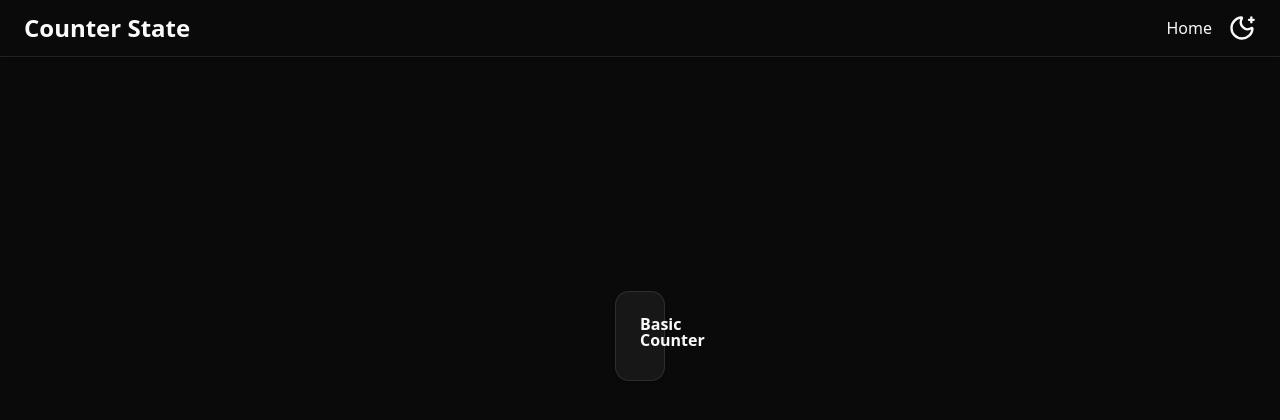
Repository: dev-piyushsarkar/counter-state-project
Page: /
An editor plug-in stored every save of this project. The page is shown before and after the next save, followed by the edit.
The browser window is 1280 px wide. The pictures show the whole page.
The project was rebuilt for these pictures with package versions that can differ from the ones it lists, and the page was loaded fresh each time. The framework's server and built-in components were replaced by stand-ins that run in the browser. Also part of the build but not shown: next.config.ts.

Above is the page before, as saved 2025-11-15 13:27:40.

### src/app/layout.tsx
import Header from "@/components/Header/Header";
import ThemeProvider from "@/components/Providers/ThemeProvider";
import "./globals.css";

type RootLayoutProps = {
	children: React.ReactNode;
};

const RootLayout = ({ children }: Readonly<RootLayoutProps>) => {
	return (
		<html
			lang="en"
			suppressHydrationWarning>
			<body>
				<ThemeProvider
					attribute={"class"}
					defaultTheme="dark"
					enableSystem={false}>
					<Header />

					<main className="mx-auto max-w-7xl px-6 py-3">{children}</main>
				</ThemeProvider>
			</body>
		</html>
	);
};

export default RootLayout;

### src/app/page.tsx
import { Card, CardHeader, CardTitle } from "@/components/shadcnui/card";
import { Metadata } from "next";

export const metadata: Metadata = {
	title: "Nextjs Starter Frontend",
	description: "Production grade Next.js starter template",
};

const page = () => {
	return (
		<section className="grid h-[90dvh] place-items-center">
			<Card className="">
				<CardHeader>
					<CardTitle>Basic Counter</CardTitle>
				</CardHeader>
			</Card>
		</section>
	);
};

export default page;

### src/components/Header/Header.tsx
import Link from "next/link";
import ThemeToggleButton from "../ThemeToggleButton";

const Header = () => {
	return (
		<header
			className="fixed right-0 left-0 border-b shadow"
			aria-label="app-header">
			<div className="mx-auto flex max-w-7xl items-center justify-between px-6 py-3">
				<Link href={"/"}>
					<h1
						className="text-2xl font-semibold"
						aria-label="App Name">
						Counter State
					</h1>
				</Link>

				<nav className="flex items-center gap-4">
					<Link href={"/"}>Home</Link>

					<ThemeToggleButton />
				</nav>
			</div>
		</header>
	);
};

export default Header;

### src/components/Providers/ThemeProvider.tsx
"use client";

import { ThemeProvider as NextThemesProvider } from "next-themes";
import { ComponentProps } from "react";

type ThemeProviderProps = ComponentProps<typeof NextThemesProvider>;

const ThemeProvider = ({ children, ...props }: ThemeProviderProps) => {
	return <NextThemesProvider {...props}>{children}</NextThemesProvider>;
};

export default ThemeProvider;

### src/components/shadcnui/card.tsx
import * as React from "react"

import { cn } from "@/lib/utils"

function Card({ className, ...props }: React.ComponentProps<"div">) {
  return (
    <div
      data-slot="card"
      className={cn(
        "bg-card text-card-foreground flex flex-col gap-6 rounded-xl border py-6 shadow-sm",
        className
      )}
      {...props}
    />
  )
}

function CardHeader({ className, ...props }: React.ComponentProps<"div">) {
  return (
    <div
      data-slot="card-header"
      className={cn(
        "@container/card-header grid auto-rows-min grid-rows-[auto_auto] items-start gap-2 px-6 has-data-[slot=card-action]:grid-cols-[1fr_auto] [.border-b]:pb-6",
        className
      )}
      {...props}
    />
  )
}

function CardTitle({ className, ...props }: React.ComponentProps<"div">) {
  return (
    <div
      data-slot="card-title"
      className={cn("leading-none font-semibold", className)}
      {...props}
    />
  )
}

function CardDescription({ className, ...props }: React.ComponentProps<"div">) {
  return (
    <div
      data-slot="card-description"
      className={cn("text-muted-foreground text-sm", className)}
      {...props}
    />
  )
}

function CardAction({ className, ...props }: React.ComponentProps<"div">) {
  return (
    <div
      data-slot="card-action"
      className={cn(
        "col-start-2 row-span-2 row-start-1 self-start justify-self-end",
        className
      )}
      {...props}
    />
  )
}

function CardContent({ className, ...props }: React.ComponentProps<"div">) {
  return (
    <div
      data-slot="card-content"
      className={cn("px-6", className)}
      {...props}
    />
  )
}

function CardFooter({ className, ...props }: React.ComponentProps<"div">) {
  return (
    <div
      data-slot="card-footer"
      className={cn("flex items-center px-6 [.border-t]:pt-6", className)}
      {...props}
    />
  )
}

export {
  Card,
  CardHeader,
  CardFooter,
  CardTitle,
  CardAction,
  CardDescription,
  CardContent,
}

### src/components/ThemeToggleButton.tsx
"use client";

import { MoonStar, Sun } from "lucide-react";
import { useTheme } from "next-themes";

const ThemeToggleButton = () => {
	const { theme, setTheme } = useTheme();

	return (
		<button
			onClick={() => setTheme(theme === "dark" ? "light" : "dark")}
			className="flex cursor-pointer items-center">
			<Sun
				size={28}
				className="-rotate-90 opacity-100 transition-all duration-300 dark:rotate-0 dark:opacity-0"
			/>

			<MoonStar
				size={28}
				className="absolute -rotate-90 opacity-0 transition-all duration-300 dark:rotate-0 dark:opacity-100"
			/>
		</button>
	);
};

export default ThemeToggleButton;

### src/lib/utils.ts
import { clsx, type ClassValue } from "clsx";
import { twMerge } from "tailwind-merge";

export const cn: typeof clsx = (...inputs: ClassValue[]) => {
	return twMerge(clsx(inputs));
};

Loaded but not shown: src/app/globals.css (common file)

After the next save:
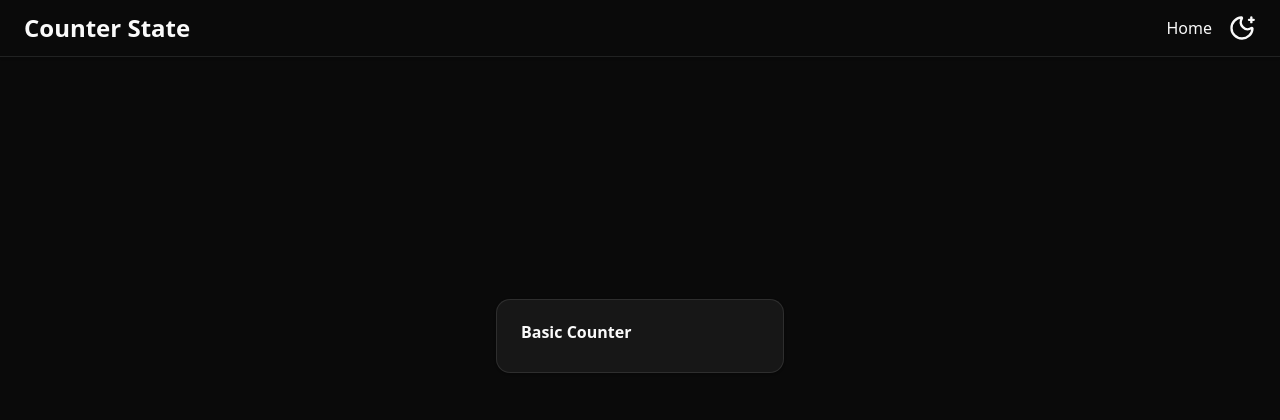
Saved 11 s later.
--- a/src/app/page.tsx
+++ b/src/app/page.tsx
@@ -9,7 +9,7 @@ export const metadata: Metadata = {
 const page = () => {
 	return (
 		<section className="grid h-[90dvh] place-items-center">
-			<Card className="">
+			<Card className="w-2xs">
 				<CardHeader>
 					<CardTitle>Basic Counter</CardTitle>
 				</CardHeader>
